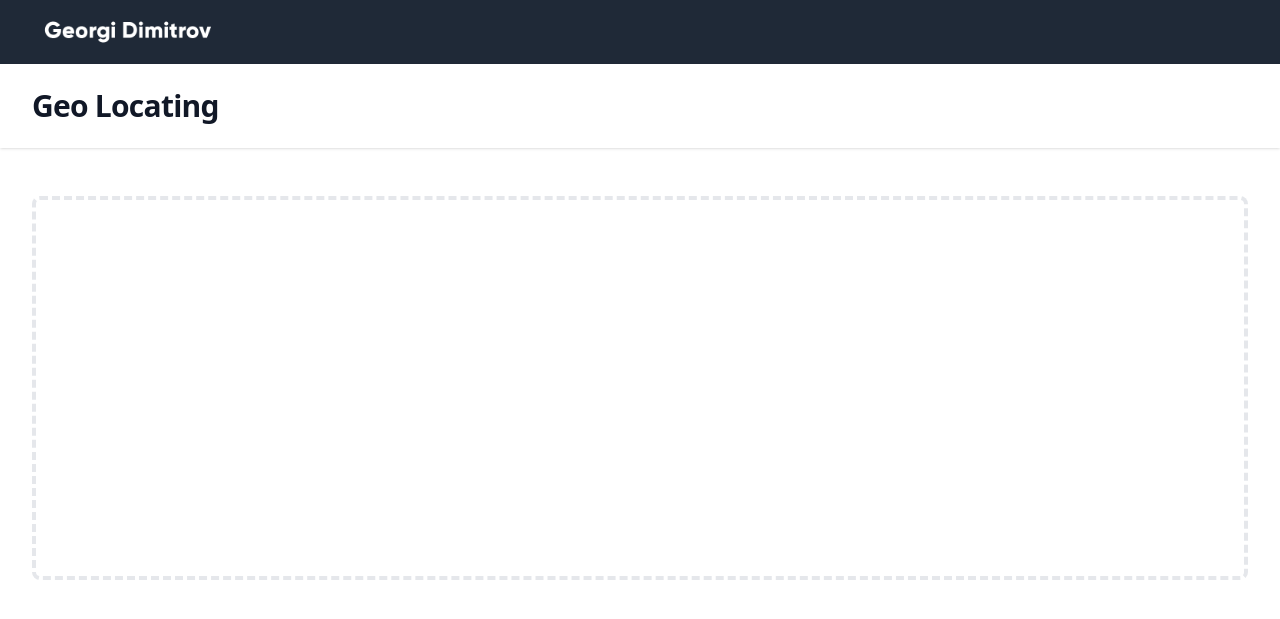
Repository: Ghazi-jr/Georgi-app
Page: / (app in Client/)
An editor plug-in stored every save of this project. The page is shown before and after the next save, followed by the edit.
The browser window is 1280 px wide. The pictures show the whole page.
The project was rebuilt for these pictures with package versions that can differ from the ones it lists, and the page was loaded fresh each time. Also part of the build but not shown: Client/src/components/mapBox.js.

Above is the page before, as saved 2022-10-01 01:01:11.

After the next save:
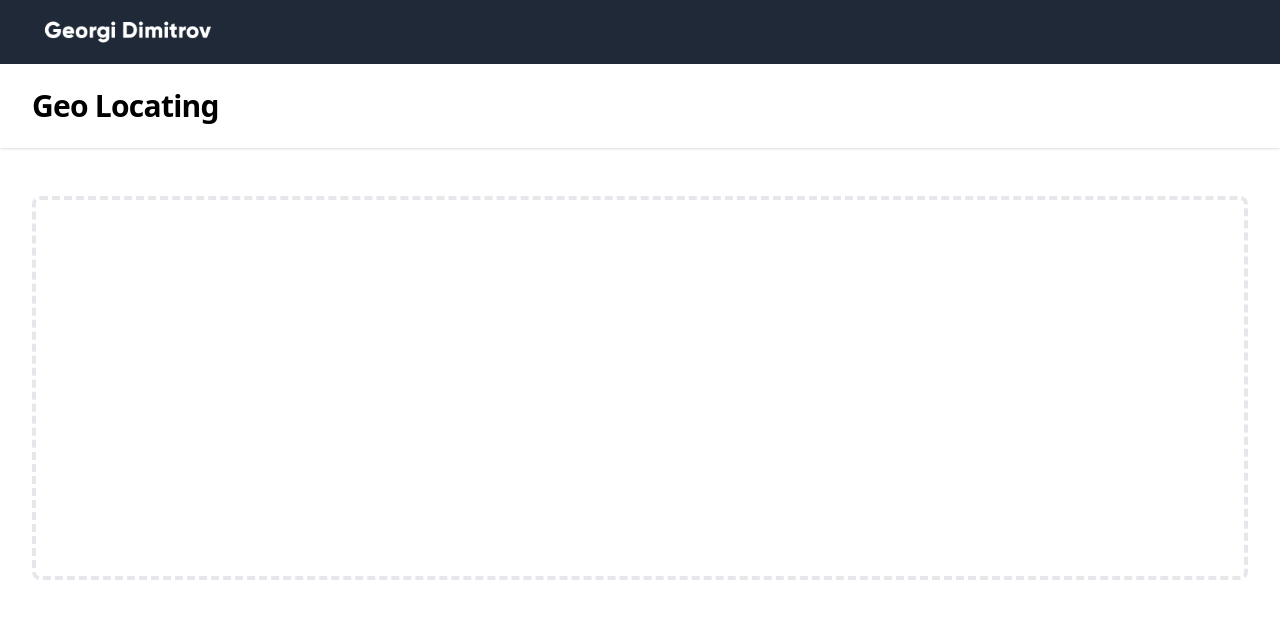
Saved 66 s later.
--- a/Client/src/App.js
+++ b/Client/src/App.js
@@ -43,7 +43,10 @@ export default function App() {
         </Disclosure>
         <header className="bg-white shadow">
           <div className="mx-auto max-w-7xl py-6 px-4 sm:px-6 lg:px-8">
-            <h1 className="text-3xl font-bold tracking-tight text-gray-900">
+            <h1
+              className="text-3xl font-bold tracking-tight "
+              style={{ color: "##6366F1" }}
+            >
               Geo Locating
             </h1>
           </div>
